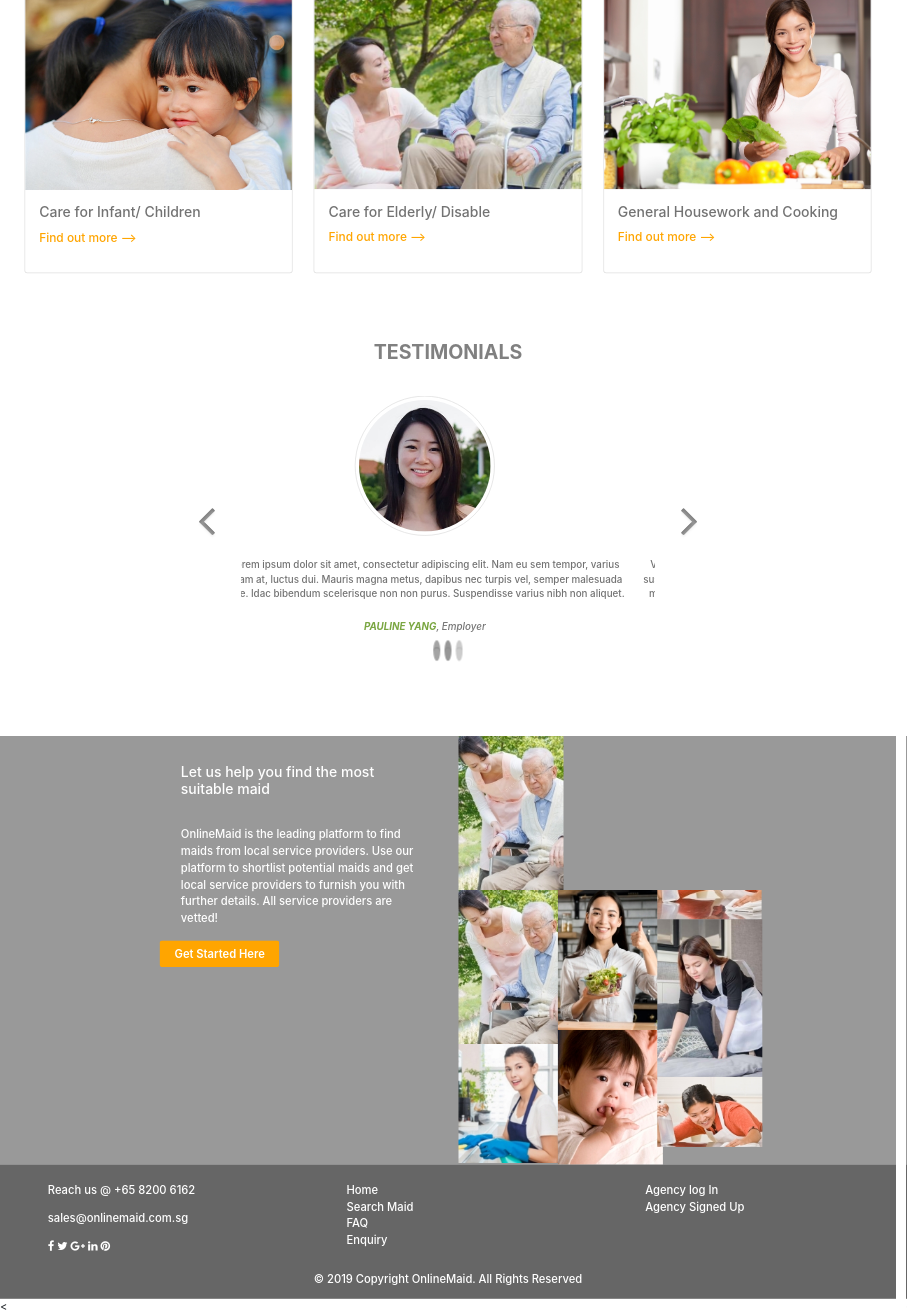
Repository: Code-Institute-Submissions/Project-1---Online-Maid
Page: testing2.html
The author's editor kept a record of every edit. The page is drawn from the files as they stood at one moment, then again after the next edit.
The browser window is 1280 px wide. The page is 1295 px wide, so the pictures cover 1295 px, including what lies to the right of the window. The pictures show the part of the page from y = 1578 to 3458 px (the page is 3458 px tall), at 70% of full size.
Some web libraries are served in a nearby version.

Above is the page before.

### testing2.html
<!DOCTYPE html>
<html lang="en">
<head>
    <meta charset="UTF-8">
    <meta name="viewport" content="width=device-width, initial-scale=1.0">
    <meta http-equiv="X-UA-Compatible" content="ie=edge">
    <link href="https://fonts.googleapis.com/css?family=Roboto:400,700|Open+Sans" rel="stylesheet">
    <link rel="stylesheet" href="https://stackpath.bootstrapcdn.com/bootstrap/4.3.1/css/bootstrap.min.css" type="text/css" />
    <link rel="stylesheet" href="https://stackpath.bootstrapcdn.com/font-awesome/4.7.0/css/font-awesome.min.css" type="text/css" />
    <link rel="stylesheet" href="https://cdnjs.cloudflare.com/ajax/libs/hover.css/2.1.1/css/hover-min.css" type="text/css" />
    <link rel="stylesheet" href="style.css" type="text/css" />
    <title>Online Maid</title>
</head>


<body>

<header>
  <nav class="navbar navbar-expand-lg navbar-light bg-white">
  <a class="navbar-brand" href="#"><img id="logo" class="pl-4 img-fluid d-md-block" src="images/logo.jpg" alt=""></a>
  <button class="navbar-toggler" type="button" data-toggle="collapse" data-target="#navbarSupportedContent" aria-controls="navbarSupportedContent" aria-expanded="false" aria-label="Toggle navigation">
    <span class="navbar-toggler-icon"></span>
  </button>

  <div class="collapse navbar-collapse" id="navbarSupportedContent">
    <ul class="navbar-nav mr-auto">
      <li class="nav-item active">
        <a class="nav-link" href="index.html">Home</a>
      </li>
      <li class="nav-item">
        <a class="nav-link" href="searchMaid.html">Search Maid</a>
      </li>
      <li class="nav-item">
        <a class="nav-link" href="enquiry.html">Enquiry</a>
      </li>
    </ul>
  </div>
</nav>
</header>

<article>
  <section>
  <div class="jumbotron">
      <h1 class= "maids-portal">The No 1 Singapore Maid Portal</h1>
      <p class= "getStarted">More than 8000 maids for you to choose<br>Start your search now!</br></p>

      <div class="form-row">
      <div class = "col"></div>

      <div class="nationality col-md-2 px-0">
        <select id="inputState" class="form-control">
        <option selected>Nationality</option>
        <option>Filipino</option>
        <option>Indonesian</option>
        <option>Indian</option>
        <option>Myanmarese</option>
        <option>Others</option>
        <option>No Preference</option>
        </select>
      </div>
      <div class="type-of-maid col-md-2 px-0">
        <select id="inputState" class="form-control">
        <option selected>Type of Maid</option>
        <option>New</option>
        <option>Transfer</option>
        <option>Experience</option>
        <option>No Preference</option>
        </select>
      </div>
      <div class="main-responsibility col-md-2 px-0">
        <select id="inputState" class="form-control">
        <option selected>Main Responsibility</option>
        <option>Cooking </option>
        <option>Care for children</option>
        <option>Care for elderly</option>
        <option>Care for disabled</option>
        <option>General housework</option>
        <option>No Preference</option>
        </select>
      </div>
      <button type="button" class="btn">Search</button>

      <div class = "col"></div>
  </div>
  </div>
  </section>

  <section>
    <h3 class="section-header">STEPS</h3>
    <p class="steps-line">Create a shortlisted of potential maids and get the agencies to contact you directly</p>

    <div class="row steps-container">
      <div class="col-1"></div>
      <div class="col-10 card-deck four-steps-container">
        <div class="card">
        <div class="card-body steps-box">
          <p class="card-title steps-box-content">STEP 1</p>
          <p class="card-text steps-box-content">Browse maids based on your criteria</p>
          <i class="steps-box-content fa fa-search fa-5x"></i>
        </div>
      </div>

        <div class="card">
        <div class="card-body steps-box">
          <P class="card-title steps-box-content">STEP 2</P>
          <p class="card-text steps-box-content">Add potential hire to your shortlisted list</p>
          <i class="steps-box-content fa fa-search-plus fa-5x"></i>
        </div>
      </div>

        <div class="card">
        <div class="card-body steps-box">
          <p class="card-title steps-box-content">STEP 3</p>
          <p class="card-text steps-box-content">Send enquries to potential hire agencies</p>
          <i class="steps-box-content fa fa-envelope fa-5x"></i>
        </div>
      </div>

        <div class="card">
        <div class="card-body steps-box">
          <p class="card-title steps-box-content">STEP 4</p>
          <p class="card-text steps-box-content">Respective agencies will contact you</p>
          <i class="steps-box-content fa fa-phone-square fa-5x"></i>
        </div>
      </div>
      </div>
      <div class="col-1"></div>
    </div>
  </section>

  <section>
    <h3 class="section-header">PREFERENCE</h3>

    <div class="card-deck six-choices-1">
      <div class="card maid-experience">
        <a href="searchMaid.html">
          <img class="card-img-top" src="images/preference/partTime1.jpg" alt="Card image cap">
          <div class="card-body">
          <h5 class="card-title">Part Time Maid</h5>
          <p class="find-out-more">Find out more --></p>
        </div>
        </a>
      </div>

      <div class="card maid-experience">
        <a href="searchMaid.html">
          <img class="card-img-top" src="images/preference/fullTime1.jpg" alt="Card image cap">
          <div class="card-body maid-experience">
            <h5 class="card-title">Full Time Maid</h5>
            <p class="find-out-more">Find out more --></p>
          </div>
        </a>
      </div>

      <div class="card maid-experience">
        <a href="searchMaid.html">
        <img class="card-img-top" src="images/preference/confinement.jpg" alt="Card image cap">
        <div class="card-body maid-experience">
          <h5 class="card-title">Confinement Nanny</h5>
          <p class="find-out-more">Find out more --></p>
        </div>
        </a>
      </div>
    </div>

    <div class="card-deck six-choices-2">
      <div class="card maid-experience">
        <a href="searchMaid.html">
        <img class="card-img-top" src="images/preference/childrenCare1.jpg" alt="Card image cap">
        <div class="card-body maid-experience">
          <h5 class="card-title">Care for Infant/ Children</h5>
          <p class="find-out-more">Find out more --></p>
        </div>
        </a>
      </div>

      <div class="card maid-experience">
        <a href="searchMaid.html">
        <img class="card-img-top" src="images/preference/elderlyCare1.jpg" alt="Card image cap">
        <div class="card-body maid-experience">
          <h5 class="card-title">Care for Elderly/ Disable</h5>
          <p class="find-out-more">Find out more --></p>
        </div>
        </a>
      </div>

      <div class="card maid-experience">
        <a href="searchMaid.html">
        <img class="card-img-top" src="images/preference/cooking1.jpg" alt="Card image cap">
        <div class="card-body maid-experience">
          <h5 class="card-title">General Housework and Cooking</h5>
          <p class="find-out-more">Find out more --></p>
        </div>
        </a>
      </div>
    </div>

  </section>

  <section>
    <div class="container">
	<div class="row">
		<div class="col-md-8 col-center m-auto">
			<h3 class="section-header testimonial">TESTIMONIALS</h3>
			<div id="myCarousel" class="carousel slide" data-ride="carousel">
				<!-- Carousel indicators -->
				<ol class="carousel-indicators">
					<li data-target="#myCarousel" data-slide-to="0" class="active"></li>
					<li data-target="#myCarousel" data-slide-to="1"></li>
					<li data-target="#myCarousel" data-slide-to="2"></li>
				</ol>
				<!-- testimonial text -->
				<div class="carousel-inner">
					<div class="item carousel-item active">
						<div class="img-box"><img src="images/testimonial/T1a.jpg" alt=""></div>
						<p class="testimonial">Lorem ipsum dolor sit amet, consectetur adipiscing elit. Nam eu sem tempor, varius quam at, luctus dui. Mauris magna metus, dapibus nec turpis vel, semper malesuada ante. Idac bibendum scelerisque non non purus. Suspendisse varius nibh non aliquet.</p>
						<p class="overview"><b>Pauline Yang</b>, Employer</p>
					</div>
					<div class="item carousel-item">
						<div class="img-box"><img src="images/testimonial/T2a.jpg" alt=""></div>
						<p class="testimonial">Vestibulum quis quam ut magna consequat faucibus. Pellentesque eget nisi a mi suscipit tincidunt. Utmtc tempus dictum risus. Pellentesque viverra sagittis quam at mattis. Suspendisse potenti. Aliquam sit amet gravida nibh, facilisis gravida odio.</p>
						<p class="overview"><b>Antonio Moreno</b>, Employer</p>
					</div>
					<div class="item carousel-item">
						<div class="img-box"><img src="images/testimonial/T3a.jpg" alt=""></div>
						<p class="testimonial">Phasellus vitae suscipit justo. Mauris pharetra feugiat ante id lacinia. Etiam faucibus mauris id tempor egestas. Duis luctus turpis at accumsan tincidunt. Phasellus risus risus, volutpat vel tellus ac, tincidunt fringilla massa. Etiam hendrerit dolor eget rutrum.</p>
						<p class="overview"><b>Michelle Stone</b>, Employer</p>
					</div>
				</div>
				<!-- Carousel controls -->
				<a class="carousel-control left carousel-control-prev" href="#myCarousel" data-slide="prev">
					<i class="fa fa-angle-left"></i>
				</a>
				<a class="carousel-control right carousel-control-next" href="#myCarousel" data-slide="next">
					<i class="fa fa-angle-right"></i>
				</a>
			</div>
		</div>
	</div>
</div>
  </section>

  <section>
  <div class="row enquiry-container">
    <div class="col-2 enquiry-box-1"></div>

    <div class="col-4 enquiry-box-2">
      <h5 class ="enquiry-header">Let us help you find the most suitable maid</h5>
      <p class ="enquiry-content">OnlineMaid is the leading platform to find maids from local service providers.  Use our platform to shortlist potential maids and get local service providers to furnish you with further details. All service providers are vetted!</p>
      <button type="button" class="btn enquiry-btn">Get Started Here</button>
    </div>

    <div class="col-4 enquiry-box-3">
      <img class="card-img-top-1" src="images/enquiry/1a.jpg" alt="Card image cap">
      <div class="row picture-container">

        <div class="col-4 picture-col-1">
          <img class="card-img-top-1" src="images/enquiry/1a.jpg" alt="Card image cap">
          <img class="card-img-top-2" src="images/enquiry/2a.jpg" alt="Card image cap">
        </div>

        <div class="col-4 picture-col-2">
          <img class="card-img-top-3" src="images/enquiry/3a.jpg" alt="Card image cap">
          <img class="card-img-top-4" src="images/enquiry/4a.jpg" alt="Card image cap">
        </div>

        <div class="col-4 picture-col-3">
          <img class="card-img-top-5" src="images/enquiry/5a.jpg" alt="Card image cap">
          <img class="card-img-top-6" src="images/enquiry/6a.jpg" alt="Card image cap">
          <img class="card-img-top-7" src="images/enquiry/7a.jpg" alt="Card image cap">
        </div>
      </div>
  </div>

    <div class="col-2 enquiry-box-4"></div>
  </div>
  </section>
</article>


<footer class="page-footer font-small footer-style pt-4">
  <div class="container-fluid text-center text-md-left">
    <div class="row d-flex justify-content-around">

      <div class=" footer-left col-md-3 mt-md-0 mt-3">
        <p class="footer-content">Reach us @ +65 8200 6162</p>
        <p class= "footer-content">sales@onlinemaid.com.sg</p>

        <!-- social -->
        <a href="#" class="social so1 fa fa-facebook"></a>
        <a href="#" class="social fa fa-twitter"></a>
        <a href="#" class="social fa fa-google-plus"></a>
        <a href="#" class="social fa fa-linkedin"></a>
        <a href="#" class="social fa fa-pinterest"></a>
      </div>

      <div class="col-md-3 mb-md-0 mb-3">
        <ul class="list-unstyled">
          <li>
            <a href="index.html">Home</a>
          </li>
          <li>
            <a href="searchMaid.html">Search Maid</a>
          </li>
          <li>
            <a href="faq.html">FAQ</a>
          </li>
          <li>
            <a href="enquiry.html">Enquiry</a>
          </li>
        </ul>
      </div>

      <div class="col-md-3 mb-md-0 mb-3">
        <ul class="list-unstyled">
          <li>
            <a href="searchMaid.html">Agency log In</a>
          </li>
          <li>
            <a href="searchMaid.html">Agency Signed Up</a>
          </li>
        </ul>
      </div>

    </div>
  </div>

  <div class="footer-copyright text-center py-3">© 2019 Copyright OnlineMaid.  All Rights Reserved</div>
</footer>



<
    <script src="https://code.jquery.com/jquery-3.3.1.slim.min.js" integrity="sha384-q8i/X+965DzO0rT7abK41JStQIAqVgRVzpbzo5smXKp4YfRvH+8abtTE1Pi6jizo" crossorigin="anonymous"></script>
    <script src="https://cdnjs.cloudflare.com/ajax/libs/popper.js/1.14.7/umd/popper.min.js" integrity="sha384-UO2eT0CpHqdSJQ6hJty5KVphtPhzWj9WO1clHTMGa3JDZwrnQq4sF86dIHNDz0W1" crossorigin="anonymous"></script>
    <script src="https://stackpath.bootstrapcdn.com/bootstrap/4.3.1/js/bootstrap.min.js" integrity="sha384-JjSmVgyd0p3pXB1rRibZUAYoIIy6OrQ6VrjIEaFf/nJGzIxFDsf4x0xIM+B07jRM" crossorigin="anonymous"></script>
</body>
</html>

### style.css

/*overall*/
*{
    padding: 0;
    margin: 0;
    box-sizing: border-box;
    color: #737373;
    font-weight: 500;
}



/*header*/
#logo {
    height: 55px;
    max-width:100%;
}

.active{
     font-size: 25px;
}

.nav-item{
    padding: 0px 20px;
    font-weight:600;
    font-size: 18px;

}

.nav-link {
        color: #0571bb !important;
}

.active .nav-link {
   color: #234c7a !important;
   font-weight: bold;
}

/*footer*/
.footer-style{
    background: #666666;
}


.footer-content,
.social,
.footer-copyright,
.list-unstyled a {
    color: white;
}


.footer-left a:hover,
.list-unstyled a:hover {
   color:orange;
}


.list-unstyled a {
   text-decoration: none;
}



/*Section 1-jumbotron*/
.j1 {
    background-image: url("images/banner.jpg");
    background-size: cover;
    color: white;
    padding : 120px 0px;
    margin: 0px 0px 120px;
     }


.maids-portal,
.getStarted{
   text-align: center;
    font-weight: 600;
    color: white;
    margin: 0px 20px 20px 20px;
    margin-bottom: 20px;
}


.getStarted{
    font-size: 20px;
}


.form-row {
    padding: 50px 0px 0px 0px;
}


.form-control {
    color: #737373;
    font-weight: 500;
}


.btn {
    background-color: #808080;
    color: white;
    padding: 0px 40px;
    font-weight: 600;
}


.btn:hover {
    background: orange;
    color: white;
}



/*section 2 - 4 Steps*/
.section-header{
    text-align: center;
    margin: 80px 0px 10px 0px ;
    line-height: 25px;
    font-weight: 700;
    position: relative;
    opacity: 0.9;
}


.steps-line{
    text-align: center;
    margin: 20px;
    padding: 0px;
    line-height: 25px;
    font-size: 18px;
}


.four-steps-container {
    margin: 50px 0px 120px 0px;
}


.steps-box {
    background-color: orange;
    text-align: center;
    font-weight: 500;
    color: white;
}


.steps-box-content {
    color: white;
}


.i{
    font-size: 100px;
}



/*index.html section 3*/
.six-choices-1 {
   margin: 30px 20px 30px 20px;
}


.six-choices-2 {
   margin: 30px 20px 20px 20px;
}


.maid-experience a:hover{
    text-decoration: none;
}


.maid-experience p {
    color: orange;
    font-size: 17px;
}



/*section 4 - enquiry-box*/
.enquiry-container {
    min-height: 350px;
    background-color: #999999;
    color: white;
    margin: 80px 0px 0px;
}


.enquiry-header {
    margin: 40px 30px 20px;
    /*margin-bottom: 20px;*/
    color: white;
}


.enquiry-content {
 font-size: 16px;
 margin: 40px 20px 20px 30px;

 color: white;
}


.enquiry-btn{
    background: orange;
    color: white;
    padding: 0px 20px;
    min-height: 38px;
    margin-bottom: 20px;
    font-weight: 600
}

.contact-form .btn-primary:hover,
.enquiry-btn:hover{
    background: #1d93e2;
    color: white;
    border: none;
}


/*section 5 - testimonial*/
.carousel {
	margin: 50px auto;
	padding: 0 70px;
}

.carousel .item {
	/*color: #999;*/
	font-size: 14px;
    text-align: center;
	overflow: hidden;
    min-height: 290px;
}


.carousel .item .img-box {
	width: 200px;
	height: 200px;
	margin: 0 auto;
	padding: 5px;
	border: 1px solid #ddd;
	border-radius: 50%;
}


.carousel .img-box img {
	width: 100%;
	height: 100%;
	display: block;
	border-radius: 50%;
}


.carousel .testimonial {
	padding: 30px 0 10px;
}


.carousel .overview {
	font-style: italic;
}


.overview b {
	text-transform: uppercase;
	color: #7AA641;
}


.carousel .carousel-control {
	width: 40px;
    height: 40px;
    margin-top: -20px;
    top: 50%;
	background: none;
}


.carousel-control i {
    font-size: 68px;
	line-height: 42px;
    position: absolute;
    display: inline-block;
	color: rgba(0, 0, 0, 0.8);
    text-shadow: 0 3px 3px #e6e6e6, 0 0 0 #000;
}


.carousel .carousel-indicators {
	bottom: -40px;
}


.carousel-indicators li, .carousel-indicators li.active {
	width: 10px;
	height: 10px;
	margin: 1px 3px;
	border-radius: 50%;
}


.carousel-indicators li {
	background: #999;
	border-color: transparent;
	box-shadow: inset 0 2px 1px rgba(0,0,0,0.2);
}


.carousel-indicators li.active {
	background: #555;
	box-shadow: inset 0 2px 1px rgba(0,0,0,0.2);
}





/*searchMaid Jumbotron*/

.header-jumbotron {
   background-image: url("images/banner.jpg");
    background-size: cover;
    padding : 30px 0px 30px 125px;
    /*margin-bottom: 30px;*/
    opacity: 0.8;
     }


.header-jumbotron-text{
    color: white;
    font-weight: 700
}


.bio-container {
    margin: 110px 0px 0px 0px;
    padding-left: 50px;
}


.padding-left{
    padding-left: 30px;
}

.filter {
    margin: 10px 30px 20px 0px;

    color: #737373;
}


.filter-dropdown-box{
    height: 50px;
}


.maid-name{
    font-size: 20px;
    font-weight: 700;
    padding: 15px 0px 0px;
}


.small-label{
    font-size:13px;
    margin: 7px 0px;
}

.big-label{
    margin: 0px;
    padding: 0px;
}


.name-and-country,
.age-marital-status,
.maid-type,
.agency-name{
   padding: 0px 0px 5px 10px;
   margin: 0px 10px 2px;
   border-bottom-color: #e6e6e6;
   border-top:none;
}


.bio-btn{
    padding: 7px 0px;
    margin: 5px 10px;
    border: 0px;
    background: orange;
    font-weight: 600
}


.bio-btn:hover{
    color: #595959;
}


.pagination-margin{
    margin: 50px 0px 0px;
}





/*enquiry-form*/
.searchmaid-body,
.enquiry-body{
        background: #f5f5f5;
    }


.contact-form {
    padding: 10px 50px;
}


.contact-form .btn  {
    min-height: 38px;
    border-radius: 5px;
    min-width: 150px;
    background: orange;
    border: none;
}


.hint-text {
    font-size: 18px;
    padding-bottom: 30px;
    opacity: 0.9;
}


.particular {
    opacity: 0.7;
}

@media (max-width:768px) {
    .form-row {
        padding:40px;
    }
}

After the next edit:
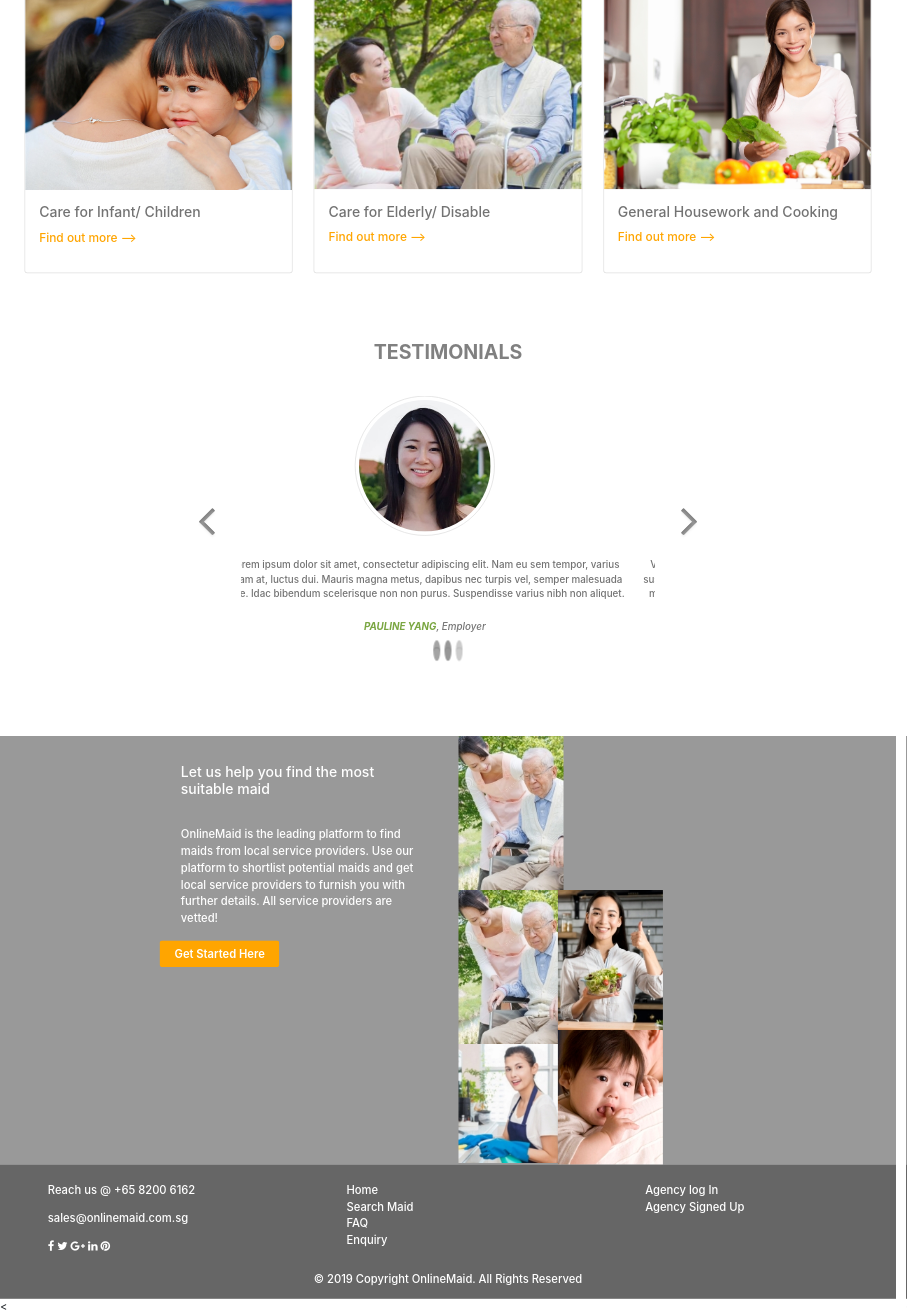
The edit:
--- a/testing2.html
+++ b/testing2.html
@@ -264,11 +264,7 @@
           <img class="card-img-top-4" src="images/enquiry/4a.jpg" alt="Card image cap">
         </div>
 
-        <div class="col-4 picture-col-3">
-          <img class="card-img-top-5" src="images/enquiry/5a.jpg" alt="Card image cap">
-          <img class="card-img-top-6" src="images/enquiry/6a.jpg" alt="Card image cap">
-          <img class="card-img-top-7" src="images/enquiry/7a.jpg" alt="Card image cap">
-        </div>
+
       </div>
   </div>
 
